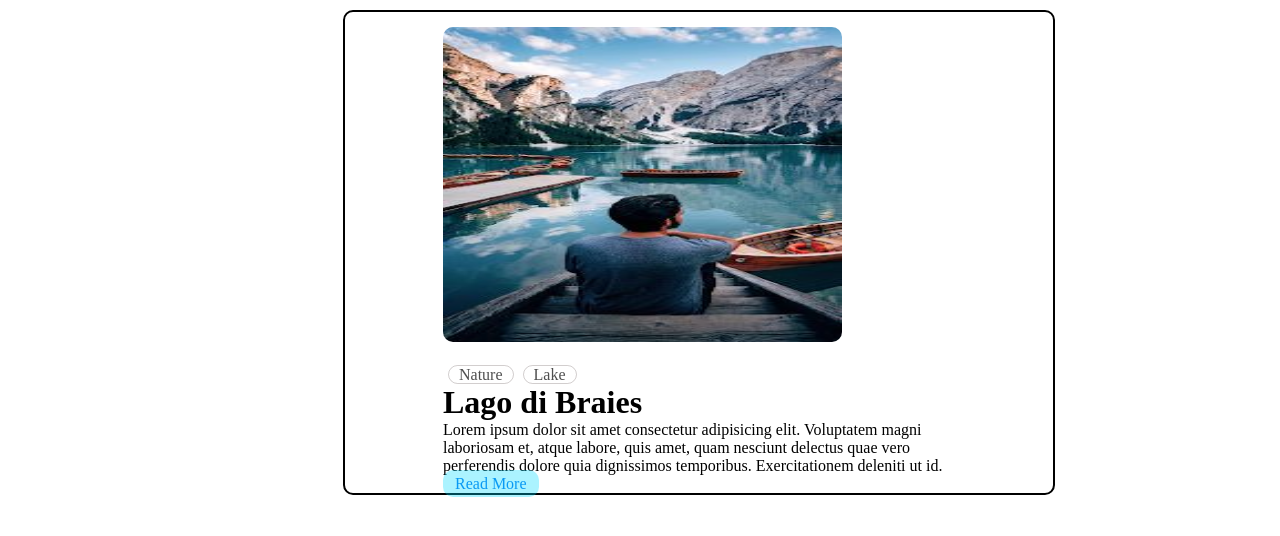
Repository: diensy/Web_dev
Page: Css/Exercise/exercise-2/index.html
These files come from the project's save history. The page is drawn as it stood at one moment and after the next save; the edit follows.
The browser window is 1280 px wide. The pictures show the whole page.

Above is the page before, as saved 2024-05-27 22:06:21.

After the next save:
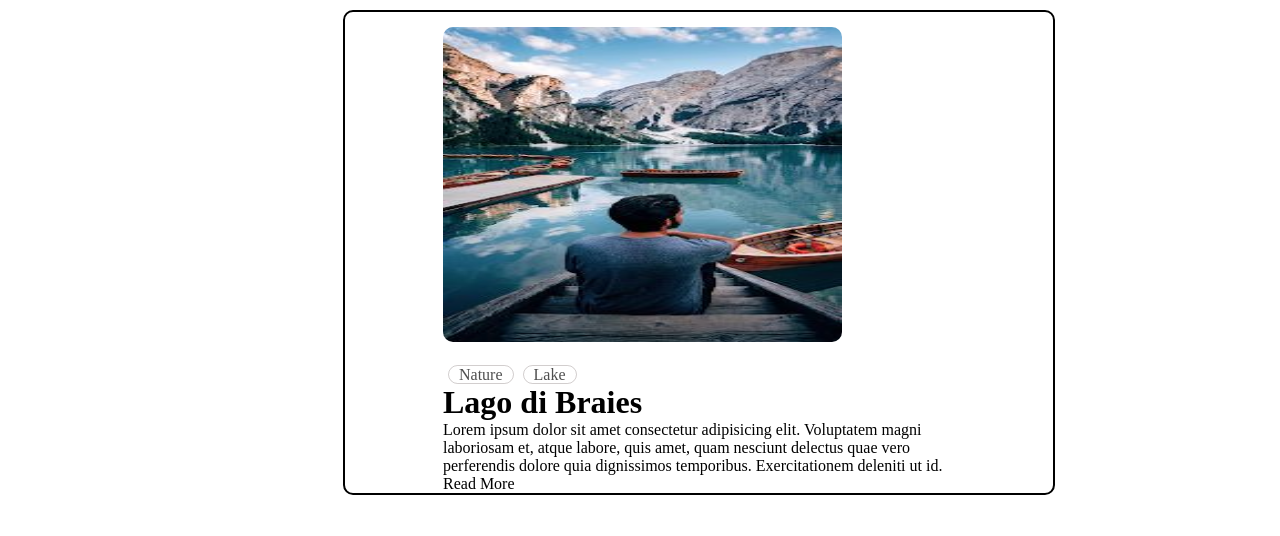
Saved 5 s later.
--- a/Css/Exercise/exercise-2/index.css
+++ b/Css/Exercise/exercise-2/index.css
@@ -31,7 +31,7 @@
   height: 100%;
   width: 40vw;
 }
-
+.content
 .content span {
   color: rgb(9 153 244);
   border: 1px;

After the save that followed:
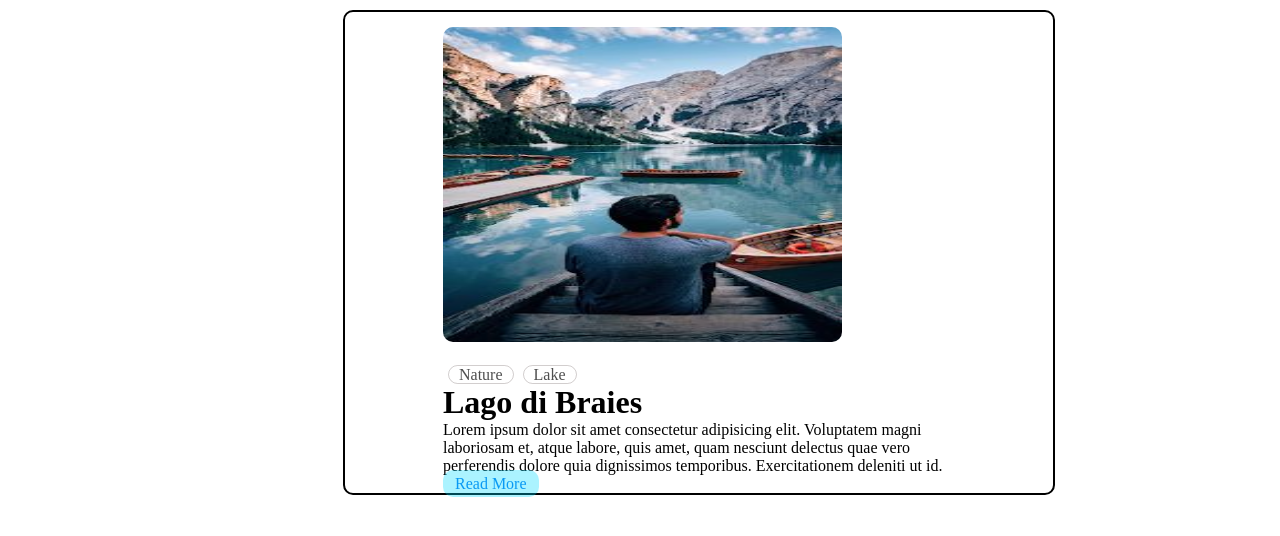
Saved 4 s later.
--- a/Css/Exercise/exercise-2/index.css
+++ b/Css/Exercise/exercise-2/index.css
@@ -31,7 +31,9 @@
   height: 100%;
   width: 40vw;
 }
-.content
+.content h1{
+
+}
 .content span {
   color: rgb(9 153 244);
   border: 1px;
